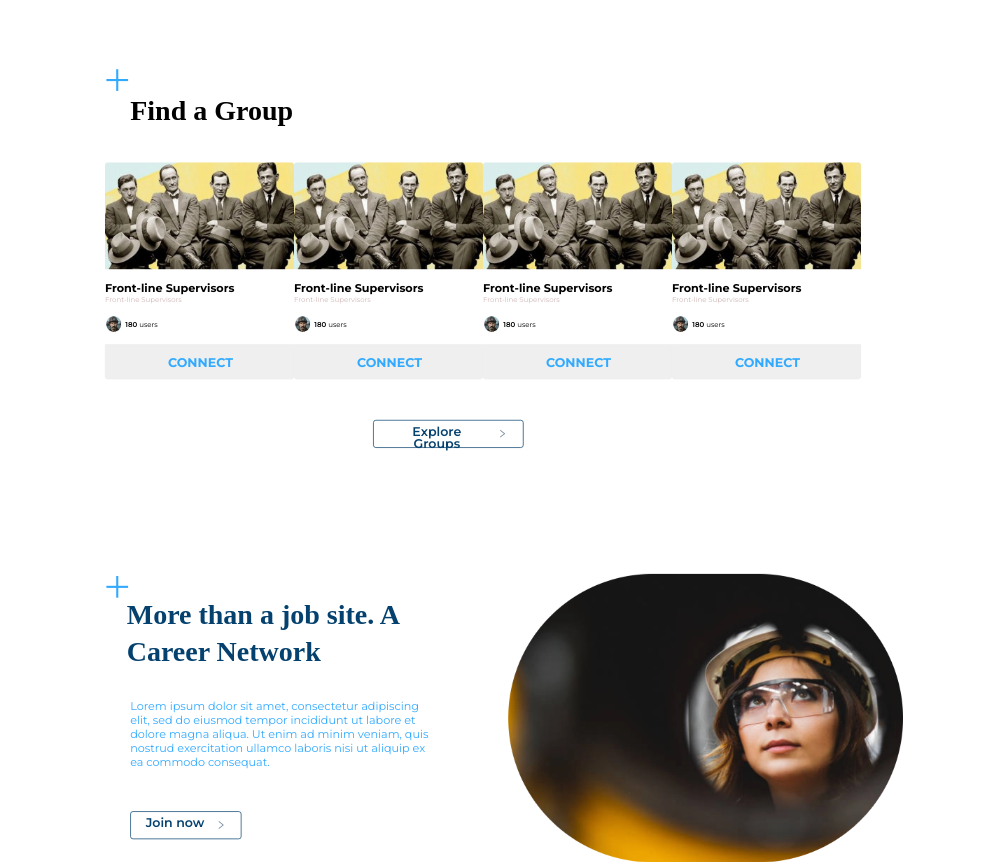
Repository: shekharyadav638/OSL_Assignment_1
Page: index.html
The author's editor kept a copy of each file at every save. The page is drawn from the files as they stood at one save, then again after the next save.
The browser window is 1280 px wide. The page is 1440 px wide, so the pictures cover 1440 px, including what lies to the right of the window. The pictures show the part of the page from y = 2177 to 3897 px (the page is 3409 px tall before and 3897 px after), at 70% of full size.
The style sheet was rebuilt from its Sass, Less or Tailwind sources for each picture, by a compiler version that may differ from the author's.

Above is the page before, as saved 2024-07-14 22:51:04.

### index.html
<!DOCTYPE html PUBLIC "-//W3C//DTD HTML 4.01 Transitional//EN" "http://www.w3.org/TR/html4/loose.dtd">
<html>
  <head>
    <meta http-equiv="Content-Type" content="text/html; charset=ISO-8859-1" />
    <title>Assignment 1</title>
    <link rel="stylesheet" href="style.css" />
    <link rel="preconnect" href="https://fonts.googleapis.com" />
    <link rel="preconnect" href="https://fonts.gstatic.com" crossorigin />
    <link
      href="https://fonts.googleapis.com/css2?family=Montserrat:ital,wght@0,100..900;1,100..900&display=swap"
      rel="stylesheet"
    />
  </head>
  <body>
    <header>
      <div class="header">
        <div class="header_left">
          <div class="header_left_logo"></div>
          <span class="header_left_title">Thinkin Blue</span>
        </div>
        <div class="header_right">
          <ul class="header_right_list">
            <li class="header_right_list_item">
              <a href="#">Home</a>
            </li>
            <li class="header_right_list_item"><a href="#">About Us</a></li>
            <li class="header_right_list_item"><a href="#">Work</a></li>
            <li class="header_right_list_item">
              <a href="#">ThinkinBlue Business</a>
            </li>
          </ul>
          <button class="header_right_btn">Login</button>
        </div>
      </div>
    </header>
    <section class="banner">
      <div class="banner_left">
       <p class="banner_left_text">The career network <br> for workers</p>
       <div class="banner_left_input">
        <input type="text" placeholder="Search Better Opportunites" class="banner_left_input_box"></input>
        <img src="img/location.svg" alt="location-icon" class="banner_left_input_icon">
       </div>
       <div class="banner_left_categories">
        <hr>
        <div class="banner_left_categories_title">100+ Job Opportunities</div>
        <div class="banner_left_categories_list">
          <div class="banner_left_categories_list_above">
            <div class="banner_left_categories_list_above_item"> Precision Production</div>
            <div class="banner_left_categories_list_above_item"> Helpers</div>
            <div class="banner_left_categories_list_above_item"> Front-line Supervisors</div>
            <div class="banner_left_categories_list_above_item"> Machine operators & Supervisors</div>
          </div>
          <div class="banner_left_categories_list_below">
            <div class="banner_left_categories_list_below_item"> Machine operators</div>
            <div class="banner_left_categories_list_below_item"> Handlers</div>
            <div class="banner_left_categories_list_below_item"> Transportation & moving occupations</div>
            <div class="banner_left_categories_list_below_item"> See all</div>
          </div>
        </div>
        <div >
          <button class="banner_left_categories_button">Join ThinkinBlue</button>
        </div>
       </div>
      </div>
      <div class="banner_right">
        <img src="img/banner_right.png" alt="banner_right" class="banner_right_img"></img>
      </div>
    </section>
    <section class="hiring">
      <div class="hiring_top">
        <div class="hiring_top_icon">
          <img src="img/plus_icon.svg" alt="plus_icon" />
        </div>
        <div class="hiring_top_heading">From the Community</div>
      </div>
      <div class="hiring_body">
        <div class="hiring_body_img">
          <img src="img/hiring.jpeg" alt="hiring" />
        </div>
        <div class="hiring_body_img">
          <img src="img/hiring.jpeg" alt="hiring" />
        </div>
        <div class="hiring_body_img">
          <img src="img/hiring.jpeg" alt="hiring" />
        </div>
        <div class="hiring_body_img">
          <img src="img/hiring.jpeg" alt="hiring" />
        </div>
      </div>
      <div class="hiring_footer">
        <div class="hiring_footer_slide">
          <div class="hiring_footer_slide_1"></div>
          <div class="hiring_footer_slide_2"></div>
          <div class="hiring_footer_slide_2"></div>
          <div class="hiring_footer_slide_2"></div>
        </div>
        <div class="hiring_footer_btn">
          <button>
            <div class="hiring_footer_btn_text">See more</div>
            <div class="hiring_footer_btn_icon">
              <img src="img/right_arrow.svg" alt="arrow" />
            </div>
          </button>
        </div>
      </div>
    </section>
    <section class="features">
      <div class="features_top">
        <div class="features_top_icon">
          <img src="img/plus_icon.svg" alt="plus_icon" />
        </div>
        <div class="features_top_heading">Features</div>
      </div>
      <div class="features_body">
        <div class="features_body_1">
          <div class="features_body_img">
            <img src="img/feature_1.png" alt="feature" />
          </div>
          <div class="features_body_text">Build Connections</div>
        </div>
        <div class="features_body_1">
          <div class="features_body_img">
            <img src="img/feature_2.png" alt="feature" />
          </div>
          <div class="features_body_text">Simple & Easy to Use</div>
        </div>
        <div class="features_body_1">
          <div class="features_body_img">
            <img src="img/feature_3.png" alt="feature" />
          </div>
          <div class="features_body_text">Built for Workers</div>
        </div>
        <div class="features_body_1">
          <div class="features_body_img">
            <img src="img/feature_4.png" alt="feature" />
          </div>
          <div class="features_body_text">Career Development</div>
        </div>
      </div>
    </section>
    <section class="group">
      <div class="group_top">
        <div class="group_top_icon">
          <img src="img/plus_icon.svg" alt="plus_icon" />
        </div>
        <div class="group_top_heading">Find a Group</div>
      </div>
      <div class="group_body">
        <div class="group_body_item">
          <div class="group_body_item_img"> <img src="img/group.png" alt="group" /></div>
          <div class="group_body_item_title">Front-line Supervisors</div>
          <div class="group_body_item_bottom">Front-line Supervisors</div>
          <div class="group_body_item_members">
            <img src="img/member.png" alt="member" class="group_body_item_members_img"></img>
            <div class="group_body_item_members_text">180 <span>users</span></div>
          </div>
          <button class="group_body_item_btn">CONNECT</button>
        </div>
        <div class="group_body_item">
          <div class="group_body_item_img"> <img src="img/group.png" alt="group" /></div>
          <div class="group_body_item_title">Front-line Supervisors</div>
          <div class="group_body_item_bottom">Front-line Supervisors</div>
          <div class="group_body_item_members">
            <img src="img/member.png" alt="member" class="group_body_item_members_img"></img>
            <div class="group_body_item_members_text">180 <span>users</span></div>
          </div>
          <button class="group_body_item_btn">CONNECT</button>
        </div>
        <div class="group_body_item">
          <div class="group_body_item_img"> <img src="img/group.png" alt="group" /></div>
          <div class="group_body_item_title">Front-line Supervisors</div>
          <div class="group_body_item_bottom">Front-line Supervisors</div>
          <div class="group_body_item_members">
            <img src="img/member.png" alt="member" class="group_body_item_members_img"></img>
            <div class="group_body_item_members_text">180 <span>users</span></div>
          </div>
          <button class="group_body_item_btn">CONNECT</button>
        </div>
        <div class="group_body_item">
          <div class="group_body_item_img"> <img src="img/group.png" alt="group" /></div>
          <div class="group_body_item_title">Front-line Supervisors</div>
          <div class="group_body_item_bottom">Front-line Supervisors</div>
          <div class="group_body_item_members">
            <img src="img/member.png" alt="member" class="group_body_item_members_img"></img>
            <div class="group_body_item_members_text">180 <span>users</span></div>
          </div>
          <button class="group_body_item_btn">CONNECT</button>
        </div>
      </div>
        <div class="group_footer_btn">
          <button>
            <div class="group_footer_btn_text">Explore Groups</div>
            <div class="group_footer_btn_icon">
              <img src="img/right_arrow.svg" alt="arrow" />
            </div>
          </button>
        </div>
      </div>
    </section>
    <!-- <section class="skills">
      <div class="skills_top">
        <div class="skills_top_icon">
          <img src="img/plus_icon.svg" alt="plus_icon" />
        </div>
        <div class="skills_top_heading">Update your Skills</div>
      </div>
      <div class="skills_body">
        <div class="skills_body_item">
          <div class="skills_body_item_title">Skill Name title long title (ABC)</div>
          <div class="skills_body_item_mid">
            <img src="img/path_7.svg" alt="member" class="group_body_item_mid_img"></img>
            <div class="skills_body_item_mid_text"><span>Recommended for you</span></div>
          </div>
          <div class="skills_body_item_para"><p>lorem ipsum doler set amet et color un seva doler set amet et color unacional.</p></div>
          <button class="skills_body_item_btn">CONNECT</button>
        </div>
        <div class="skills_body_item">
          <div class="skills_body_item_title">Skill Name title long title (ABC)</div>
          <div class="skills_body_item_mid">
            <img src="img/path_7.svg" alt="member" class="group_body_item_mid_img"></img>
            <div class="skills_body_item_mid_text"><span>Recommended for you</span></div>
          </div>
          <div class="skills_body_item_para"><p>lorem ipsum doler set amet et color un seva doler set amet et color unacional.</p></div>
          <button class="skills_body_item_btn">CONNECT</button>
        </div>
        <div class="skills_body_item">
          <div class="skills_body_item_title">Skill Name title long title (ABC)</div>
          <div class="skills_body_item_mid">
            <img src="img/path_7.svg" alt="member" class="group_body_item_mid_img"></img>
            <div class="skills_body_item_mid_text"><span>Recommended for you</span></div>
          </div>
          <div class="skills_body_item_para"><p>lorem ipsum doler set amet et color un seva doler set amet et color unacional.</p></div>
          <button class="skills_body_item_btn">CONNECT</button>
        </div>
        <div class="skills_body_item">
          <div class="skills_body_item_title">Skill Name title long title (ABC)</div>
          <div class="skills_body_item_mid">
            <img src="img/path_7.svg" alt="member" class="group_body_item_mid_img"></img>
            <div class="skills_body_item_mid_text"><span>Recommended for you</span></div>
          </div>
          <div class="skills_body_item_para"><p>lorem ipsum doler set amet et color un seva doler set amet et color unacional.</p></div>
          <button class="skills_body_item_btn">CONNECT</button>
        </div>
      </div>
        <div class="skills_footer_btn">
          <button>
            <div class="skills_footer_btn_text">Discover new Skills</div>
            <div class="skills_footer_btn_icon">
              <img src="img/right_arrow.svg" alt="arrow" />
            </div>
          </button>
        </div>
      </div>
    </section> -->
    <section class="career">
      <div class="career_left">
        <div class="career_left_top">
          <div class="career_left_top_icon">
            <img src="img/plus_icon.svg" alt="plus_icon" />
          </div>
          <div class="career_left_top_heading">
            More than a job site. A Career Network
          </div>
        </div>
        <div class="career_left_para">
          <p>
            Lorem ipsum dolor sit amet, consectetur adipiscing elit, sed do
            eiusmod tempor incididunt ut labore et dolore magna aliqua. Ut enim
            ad minim veniam, quis nostrud exercitation ullamco laboris nisi ut
            aliquip ex ea commodo consequat.
          </p>
        </div>
        <div class="career_left_btn">
          <button>
            <div class="career_left_btn_text">Join now</div>
            <div class="career_left_btn_icon">
              <img src="img/right_arrow.svg" alt="arrow" />
            </div>
          </button>
        </div>
      </div>
      <div class="career_right">
        <img src="img/career.png" alt="career" />
      </div>
    </section>
  </body>
</html>

### style.scss
* {
  margin: 0;
  padding: 0;
}
.body {
  width: 1440px;
  opacity: 1;
  overflow-x: hidden;
}

@import "header";
@import "banner";
@import "hiring";
@import "features";
@import "group";
@import "skills";
@import "career";

### header.scss
.header {
  background: transparent;
  position: fixed;
  display: flex;
  align-content: center;
  width: 1140px;
  height: 86px;
  opacity: 1;
  margin: 16px 150px;
  &_left {
    align-items: center;
    display: flex;
    opacity: 1;

    &_logo {
      width: 52px;
      height: 52px;
      background: #ffffff 0% 0% no-repeat padding-box;
      opacity: 1;
    }

    &_title {
      padding-left: 5px;
      text-align: left;
      font: normal normal bold 21px/28px Segoe UI;
      width: 113px;
      height: 28px;
      letter-spacing: 0px;
      color: #150303;
      opacity: 1;
    }
  }

  &_right {
    margin-left: 261px;
    align-items: center;
    display: flex;
    gap: 66px;
    &_list {
      list-style: none;
      display: flex;
      gap: 76px;
      align-items: center;

      &_item {
        text-align: left;
        font: normal normal normal 14px/11px Montserrat;
        letter-spacing: 0px;
        padding: 17px 0;
        color: #ffffff;
        opacity: 1;
      }
    }
    &_btn {
      background: #ffc832 0% 0% no-repeat padding-box;
      border-radius: 4px;
      opacity: 1;
      padding: 8px 33px;
      text-align: left;
      font: normal normal 600 18px Montserrat;
      letter-spacing: 0px;
      color: #05416e;
      opacity: 1;
    }
  }
}

.banner {
  &_img {
    width: 100%;
    height: 100%;
    background-position: center;
  }
}

### _features.scss
.features {
  margin: 180px 150px;
  margin-bottom: 0;

  &_top {
    display: flex;
    flex-direction: column;
    width: 411px;
    margin-bottom: 60px;
    &_icon {
      width: 31px;
      height: 31px;
    }

    &_heading {
      margin-left: 36px;
      width: 144px;
      height: 40px;
      font: normal normal bold 40px/54px Adobe Caslon Pro;
      letter-spacing: 0px;
      color: #000000;
      opacity: 1;
    }
  }

  &_body {
    display: flex;
    justify-content: space-between;

    &_1 {
      width: 270px;
      height: 308px;
      background: #f5f5f5 0% 0% no-repeat padding-box;
      border-radius: 4px;
      opacity: 1;
    }

    &_img {
      margin-top: 50px;
      width: 110px;
      height: 110px;
      margin-left: 79px;
    }

    &_text {
      margin-top: 25px;
      text-align: center;
      font: normal normal bold 25px/30px Montserrat;
      letter-spacing: 0px;
      color: #05416e;
      opacity: 1;
      padding: 0px 52px;
    }
  }
}

### _skills.scss
.skills {
  margin: 180px 150px;
  margin-bottom: 0;
  height: 308px;
  width: 270px;

  &_top {
    display: flex;
    flex-direction: column;
    width: 411px;
    margin-bottom: 60px;
    &_icon {
      width: 36px;
      height: 36px;
    }

    &_heading {
      margin-left: 36px;
      width: 375px;
      height: 40px;
      font: normal normal bold 40px/54px Adobe Caslon Pro;
      letter-spacing: 0px;
      color: #000000;
      opacity: 1;
    }
  }

  &_body {
    display: flex;
    gap: 19px;

    &_item {
      background-color: #32aaff;
      padding-top: 20px;
      &_title {
        padding-left: 20px;
        width: 207px;
        height: 60px;
        text-align: left;
        font: normal normal bold 25px/30px Montserrat;
        letter-spacing: 0px;
        color: #f5f5f5;
        opacity: 1;
      }

      &_mid {
        margin-top: 30px;
        margin-left: 20px;
        display: flex;
        &_img {
          width: 15px;
          height: 20px;
        }
        &_text {
          margin-left: 5px;
          text-align: left;
          font: normal normal normal 12px/15px Montserrat;
          letter-spacing: 0px;
          color: #ffffff;
          opacity: 1;
        }
      }

      &_para {
        margin: 30px 20px;
        width: 230px;
        height: 64px;
        text-align: left;
        font: normal normal normal 14px/16px Montserrat;
        letter-spacing: 0px;
        color: #ffffff;
        opacity: 1;
      }

      &_btn {
        margin: 0 4px;
        margin-bottom: 4px;
        background: transparent 0% 0% no-repeat padding-box;
        box-shadow: 0px 3px 6px #00000029;
        border: 1px solid #ffffff;
        border-radius: 4px;
        padding: 14px 0;
        padding-left: 89px;
        width: 270px;
        height: 50px;
        text-align: left;
        font: normal normal bold 18px/24px Montserrat;
        letter-spacing: 0px;
        color: #ffffff;
        opacity: 1;
      }
    }
  }

  &_footer {
    &_btn {
      margin-top: 60px;
      margin-left: 593px;
      display: flex;
      align-items: center;
      justify-content: center;

      & button {
        width: 254px;
        height: 40px;
        background: #ffffff 0% 0% no-repeat padding-box;
        border: 1px solid #05416e;
        border-radius: 4px;
        opacity: 1;
        padding-left: 20px;
        padding-right: 20px;
        align-items: center;
        display: flex;
        justify-content: space-between;
      }
      &_text {
        font: normal normal 600 18px/17px Montserrat;
        letter-spacing: 0px;
        color: #05416e;
        width: 180px;
        height: 22px;
      }
      &_icon {
        margin-left: 15px;
        width: 17px;
        height: 16px;
      }
    }
  }
}

### _career.scss
.career {
  margin: 180px 150px;
  margin-bottom: 0;
  height: 412px;
  width: 1140px;
  display: flex;

  &_left {
    margin-right: 108px;
    display: flex;
    flex-direction: column;
    &_top {
      display: flex;
      flex-direction: column;
      &_icon {
        width: 31px;
        height: 31px;
      }

      &_heading {
        margin-left: 31px;
        width: 402px;
        height: 98px;
        font: normal normal bold 40px/54px Adobe Caslon Pro;
        letter-spacing: 0px;
        color: #05416e;
        opacity: 1;
      }
    }

    &_para {
      padding-top: 50px;
      padding-left: 36px;
      width: 432px;
      height: 100px;
      & p {
        text-align: left;
        font: normal normal normal 16px/20px Montserrat;
        letter-spacing: 0px;
        color: #32aaff;
      }
    }

    &_btn {
      margin-top: 60px;
      margin-left: 36px;
      display: flex;
      align-items: center;

      & button {
        width: 159px;
        height: 40px;
        background: #ffffff 0% 0% no-repeat padding-box;
        border: 1px solid #05416e;
        border-radius: 4px;
        opacity: 1;
        padding-left: 20px;
        padding-right: 20px;
        padding-top: 8px;
        padding-bottom: 8px;
        align-items: center;
        display: flex;
        justify-content: space-between;
      }
      &_text {
        font: normal normal 600 18px/17px Montserrat;
        letter-spacing: 0px;
        color: #05416e;
        width: 180px;
        height: 22px;
      }
      &_icon {
        margin-left: 15px;
        width: 17px;
        height: 16px;
      }
    }
  }

  &_right {
    width: 564px;
    height: 412px;
  }
}

Loaded but not shown: _banner.scss (142 lines, source omitted); _group.scss (135 lines, source omitted); _hiring.scss (96 lines, source omitted)

After the next save:
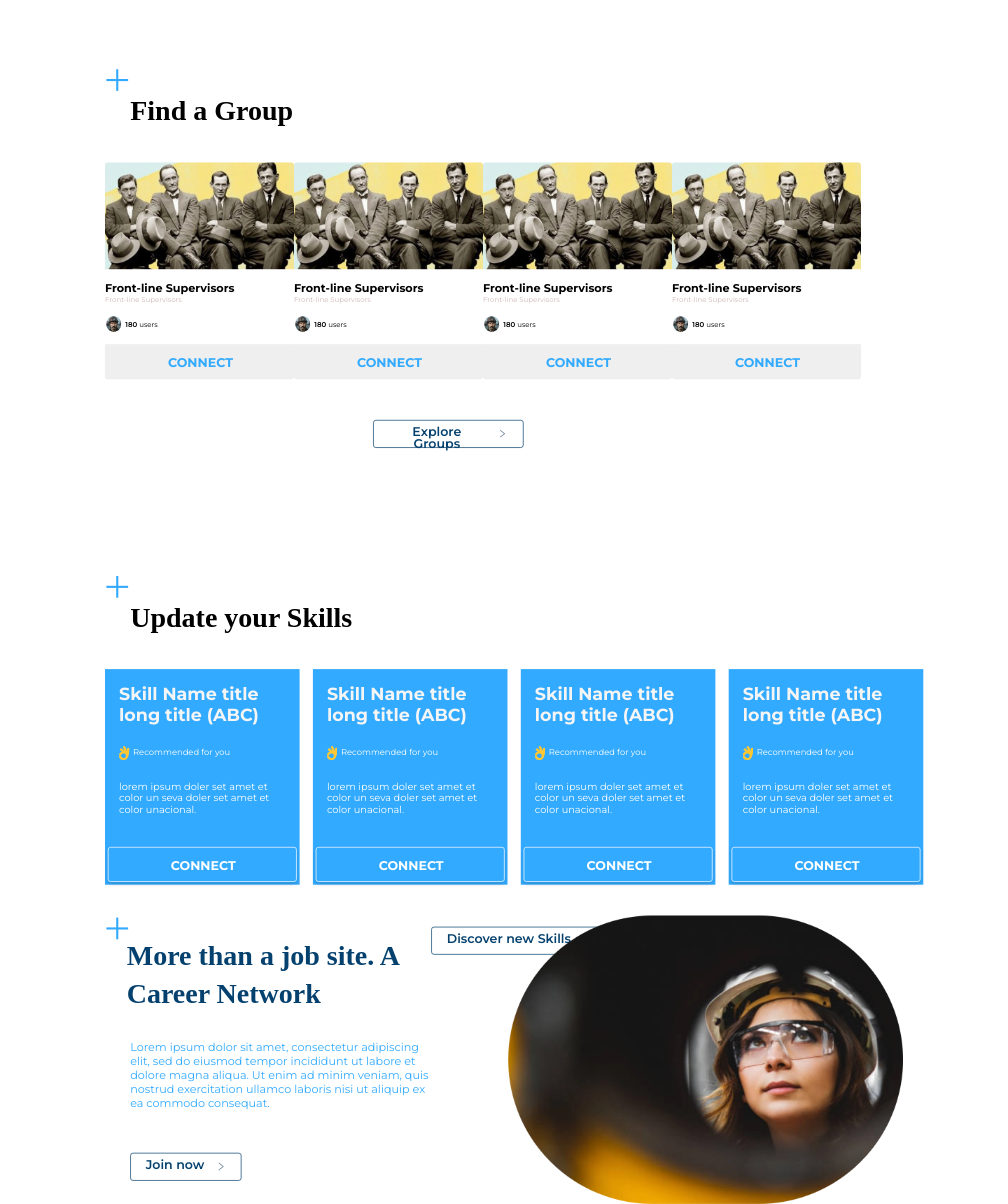
Saved 9 s later.
--- a/index.html
+++ b/index.html
@@ -197,7 +197,7 @@
         </div>
       </div>
     </section>
-    <!-- <section class="skills">
+    <section class="skills">
       <div class="skills_top">
         <div class="skills_top_icon">
           <img src="img/plus_icon.svg" alt="plus_icon" />
@@ -251,7 +251,7 @@
           </button>
         </div>
       </div>
-    </section> -->
+    </section>
     <section class="career">
       <div class="career_left">
         <div class="career_left_top">

After the 3 saves that followed:
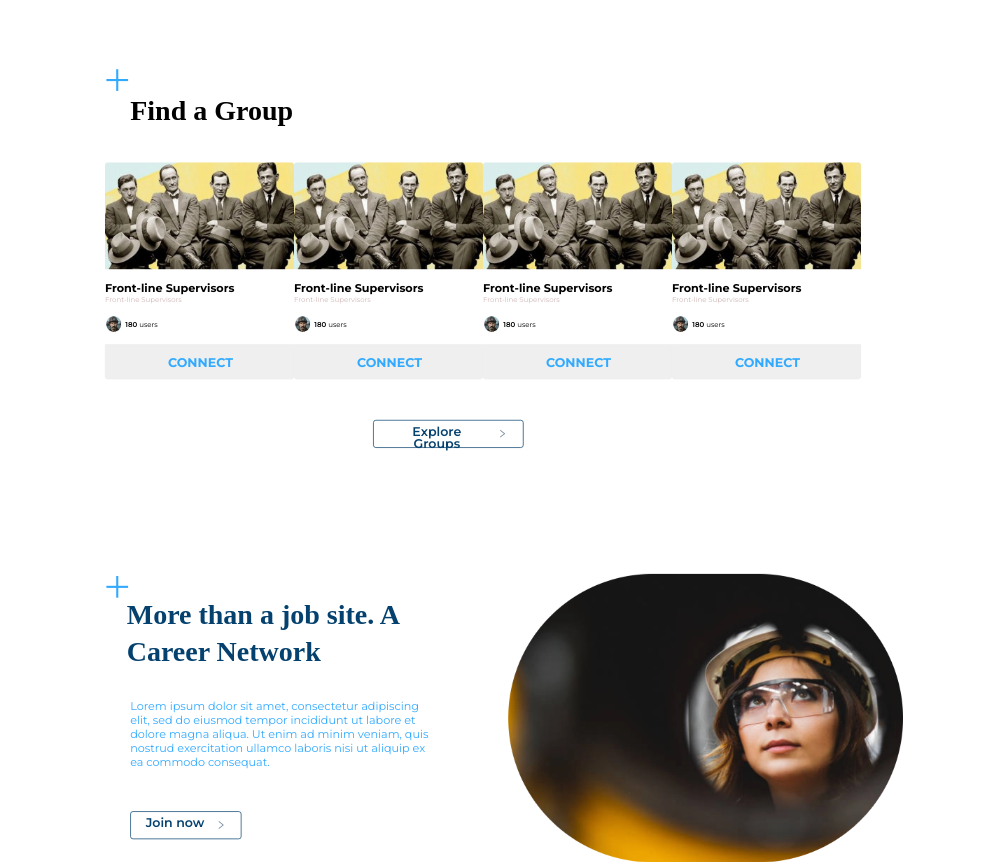
The 3 saves are shown as one change because 2 left the picture as it was.
The last was saved 3 min 10 s later.
--- a/index.html
+++ b/index.html
@@ -197,7 +197,7 @@
         </div>
       </div>
     </section>
-    <section class="skills">
+    <!-- <section class="skills">
       <div class="skills_top">
         <div class="skills_top_icon">
           <img src="img/plus_icon.svg" alt="plus_icon" />
@@ -251,7 +251,7 @@
           </button>
         </div>
       </div>
-    </section>
+    </section> -->
     <section class="career">
       <div class="career_left">
         <div class="career_left_top">
--- a/_skills.scss
+++ b/_skills.scss
@@ -1,6 +1,6 @@
 .skills {
   margin: 180px 150px;
-  margin-bottom: 0;
+  margin-bottom: 180px;
   height: 308px;
   width: 270px;
 
--- a/_career.scss
+++ b/_career.scss
@@ -4,6 +4,7 @@
   height: 412px;
   width: 1140px;
   display: flex;
+  margin-top: 180px;
 
   &_left {
     margin-right: 108px;
